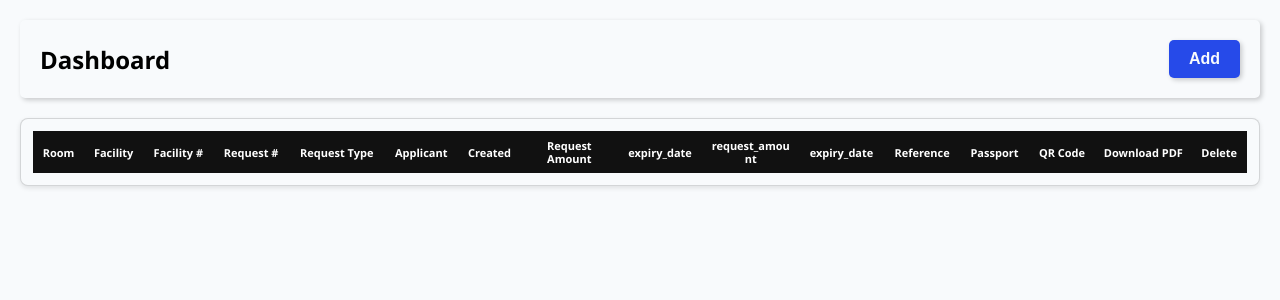
Repository: irfan-shah-sherani/Travel-Tour
Page: public/index.html
An editor plug-in stored every save of this project. The page is shown before and after the next save, followed by the edit.
The browser window is 1280 px wide. The pictures show the whole page.
The page's requests for data from a server got no answer.

Above is the page before, as saved 2025-07-11 04:53:18.

### public/index.html
<!DOCTYPE html>
<html lang="en">

<head>
  <meta charset="UTF-8" />
  <meta name="viewport" content="width=device-width, initial-scale=1.0" />
  <title>Dashboard</title>
  <link rel="stylesheet" href="index.css" />
  <!-- <link
      rel="stylesheet"
      href="/public/Dashboard.css"
      integrity="sha512-..."
      crossorigin="anonymous"
      referrerpolicy="no-referrer"
    /> -->
</head>

<body>
  <main>
    <!-- main content -->
    <div class="main-content">
      <!-- TOP-nav -->
      <nav class="main-nav">
        <div class="page-name">
          <i class="fas fa-bars"></i>
          <p>Dashboard</p>
        </div>
        <div class="button">
          <button id="addPersonBtn">Add</button>
        </div>
      </nav>

      <!-- main content  end -->
      <div class="table-container">
        <table>
          <tr>
            <th>Room</th>
          <th>Facility</th>
          <th>Facility #</th>
          <th>Request #</th>
          <th>Request Type</th>
          <th>Applicant</th>
          <th>Created</th>
          <th>Request Amount</th>
          <th>expiry_date</th>
          <th>request_amount </th>
          <th>expiry_date</th>
          <th>Reference</th>
          <th>Passport</th>
          <th>QR Code</th>
          <th>Download PDF</th>
          <th>Delete</th>
          </tr>
          <tbody id="person-table-body">
            <!-- JS will populate this -->
          </tbody>
        </table>

        <!-- ✅ Place script here -->
        <script>
  fetch("/api/")
    .then((res) => res.json())
    .then((data) => {
      const tbody = document.getElementById("person-table-body");
      tbody.innerHTML = "";
      data.forEach((record) => {
        const tr = document.createElement("tr");
        tr.innerHTML = `
          <td>${record.record_id}</td>
          <td>${record.room_name}</td>
          <td>${record.facility_name}</td>
          <td>${record.facility_number}</td>
          <td>${record.request_number}</td>
          <td>${record.request_type}</td>
          <td>${record.applicant_name}</td>
          <td>${record.creation_date}</td>
          <td>${record.request_amount}</td>
          <td>${record.expiry_date}</td>
          <td>${record.record_number}</td>
          <td>${record.request_status}</td>
          <td>${record.reference_number}</td>
          <td>${record.passport_number}</td>
          <td>${record.qrcode_url ? `<img src="${record.qrcode_url}" class="qr-img" alt="QR Code">` : "No QR"}</td>
          <td>
            <a href="/api/download-pdf?token=${record.qr_token}">
              <button type="button">Download PDF</button>
            </a>
          </td>
          <td>
            <form action="/delete/${record.qr_token}" method="POST" onsubmit="return confirm('Are you sure you want to delete this record?');">
              <button type="submit">Delete</button>
            </form>
          </td>
        `;

                tbody.appendChild(tr);
              });
            });
        </script>
        </table>
      </div>

      <!-- Trigger Button OUTSIDE -->
      <!-- Add Room Form (initially hidden in CSS or JS) -->
      <div class="add-new add-new-person">
        <h2 class="form-title">Add New Person</h2>
        <form class="person-form" action="/" method="POST">
          <div class="inputForm">
            <!-- Left Side -->
            <div class="left-side">
              <div class="form-group">
                <label for="room_number">Room No </label>
                <input type="text" id="room_number" name="room_number" required />
              </div>

              <div class="form-group">
                <label for="facility_name">Facility Name </label>
                <input type="text" id="facility_name" name="facility_name" required />
              </div>

              <div class="form-group">
                <label for="facility_number">Facility number </label>
                <input type="text" id="facility_number" name="facility_number" required />
              </div>

              <div class="form-group">
                <label for="request_number">Request number </label>
                <input type="number" id="request_number" name="request_number" step="0.01" required />
              </div>

              <div class="form-group">
                <label for="request_type">Request Type</label>
                <input type="text" id="request_type" name="request_type" required />
              </div>
            </div>

            <!-- Center Side -->
            <div class="center-side">
              <div class="form-group">
                <label for="applicant">Applicant</label>
                <input type="text" id="applicant" name="applicant" />
              </div>

              <div class="form-group">
                <label for="created">Created</label>
                <input type="text" id="created" name="created" />
              </div>

              <div class="form-group">
                <label for="amount">Amount</label>
                <input type="text" id="amount" name="amount" />
              </div>

              <div class="form-group">
                <label for="expiry">Expiry</label>
                <input type="text" id="expiry" name="expiry" />
              </div>

              <div class="form-group">
                <label for="record_number">Record number</label>
                <input type="text" id="record_number" name="record_number" />
              </div>
            </div>

            <!-- Right Side -->
            <div class="right-side">
              <div class="form-group">
                <label for="status">Status</label>
                <input type="text" id="status" name="status" />
              </div>

              <div class="form-group">
                <label for="reference_number">Reference number</label>
                <input type="text" id="reference_number" name="reference_number" />
              </div>

              <div class="form-group">
                <label for="passport_number">Passport number</label>
                <input type="text" id="passport_number" name="passport_number" />
              </div>

            </div>
          </div>

          <div class="button-group">
            <button type="button" class="cancelbtn">Cancel</button>
            <button type="submit" class="submit-person-btn">Add Person</button>
          </div>
        </form>
      </div>

    </div>
  </main>
  <script src="index.js"></script>
</body>

</html>

### public/index.css
* {
  margin: 0;
  padding: 0;
  box-sizing: border-box;
}
:root {
  --primary-gradient: linear-gradient(135deg, #667eea 0%, #764ba2 100%);
  --card-shadow: 0 4px 6px rgba(0, 0, 0, 0.1);
  --card-hover-shadow: 0 8px 15px rgba(0, 0, 0, 0.2);
}
body {
  font-family: "Segoe UI", Tahoma, Geneva, Verdana, sans-serif;
  background-color: #f8fafc;
}
main {
  display: flex;
  /* display: flex; */
}
/* .sidebar {
  position: fixed;
  display: flex;
  align-items: center;
  flex-direction: column;
  width: 250px;
  height: 100vh;
  padding: 20px;
  background: var(--primary-gradient);
  border-radius: 10px 0px 0px 10px;
  color: #f8fafc;
}
.cross-icon {
  display: none;
  justify-content: right;
  color: #f8fafc;
  font-size: 2rem;
  cursor: pointer;
}
.logo {
  display: flex;
  align-items: center;
  gap: 10px;
  margin-bottom: 10px;
  border-bottom: 1px solid rgba(255, 255, 255, 1);
  padding-bottom: 20px;
}
.logo p {
  font-size: 24px;
  font-weight: 600;
}
.sidebar img {
  display: block;
  width: 50px;
  height: 50px;
  object-fit: cover;
  object-position: center;
  border-radius: 5px;
}
.logo hr {
  width: 100px;
  height: 2px;
  color: rgba(255, 255, 255, 0.1);
}
.links ul li {
  list-style: none;
  margin: 5px;
}
.links ul li a {
  display: flex;
  padding-left: 20px;
  align-items: center;
  width: 200px;
  height: 50px;
  text-decoration: none;
  gap: 10px;
  border-radius: 10px;
  transition: all 0.3s ease;
  color: rgba(255, 255, 255, 0.85);
}
.links ul li a:hover {
  background-color: rgba(255, 255, 255, 0.1);
  transform: translateX(5px);
}
.links ul li a.active {
  background-color: rgba(255, 255, 255, 0.1);
  transform: translateX(5px);
} */
/* main content */
.main-content {
  display: flex;
  /* margin-left: 250px; */
  flex-direction: column;
  background-color: #f8fafc;
  width: 100%;
  padding: 20px;
  gap: 20px;
}
.main-content nav {
  display: flex;
  justify-content: space-between;
  align-items: center;
  border-radius: 5px;
  width: 100%;
  background-color: #f8fafc;
  padding: 20px;
  box-shadow: 2px 2px 5px rgba(0, 0, 0, 0.2);
}
.page-name {
  display: flex;
  align-items: center;
  gap: 10px;
}
.page-name p {
  font-size: 24px;
  font-weight: 600;
}
.page-name i {
  display: none;
  cursor: pointer;
  font-size: 24px;
  font-weight: 600;
}
.button {
  display: flex;
  align-items: center;
  gap: 10px;
}
.button button {
  padding: 10px 20px;
  border-radius: 5px;
  border: none;
  background-color: #264ae9;
  color: #f8fafc;
  font-size: 16px;
  font-weight: 600;
  box-shadow: 2px 2px 5px rgba(0, 0, 0, 0.2);
  cursor: pointer;
  transition: all 0.05s ease-in-out;
}
.button button:hover {
  transform: translateY(2px);
}

/* table */
/* General Table Styling */
.table-container {
  width: 100%;
  overflow-x: auto;
  background-color: #f8fafc;
  border-radius: 8px;
  border: 1px solid rgba(0, 0, 0, 0.15);
  box-shadow: 0 2px 5px rgba(0, 0, 0, 0.1);
  padding: 12px;
  box-sizing: border-box;
}

/* Table Reset */
table {
  width: 100%;
  border-collapse: collapse;
  font-size: 11px;
  table-layout: auto;
}

/* Table Header */
.table-container table th {
  background-color: #111;
  color: #fff;
  font-weight: 600;
  font-size: 11px;
  padding: 8px;
  text-align: center;
  vertical-align: middle;
  white-space: normal;
  line-height: 1.2;
  word-break: break-word;
}

/* Force words like "Request Number" to wrap into 2 lines */
.table-container table th {
  max-width: 90px;
}

/* Table Body */
.table-container table td {
  white-space: nowrap;
  text-align: center;
  vertical-align: middle;
  padding: 8px 6px;
}

/* Row Hover Effect */
.table-container table tr:hover {
  background-color: #e2e8f0;
  transition: background-color 0.2s;
}

/* Button Styling */
.btn {
  padding: 4px 8px;
  font-size: 10px;
  border-radius: 4px;
  border: none;
  cursor: pointer;
  transition: 0.2s;
}

/* Delete Button */
.delete-form {
  border: 1px solid #ef4444;
  color: #ef4444;
  background: transparent;
}
.delete-form:hover {
  background-color: #fee2e2;
}

/* Download Button (optional styling) */
.download-btn {
  background-color: #2563eb;
  color: white;
  border: none;
}
.download-btn:hover {
  background-color: #1d4ed8;
}

.add-new {
  display: none;
  width: 80%;
  max-height: 90vh; /* limit height */
  overflow-y: auto;  /* enable scroll if content too tall */
  position: absolute;
  top: 50%;
  left: 50%;
  transform: translate(-50%, -50%);
  background-color: white;
  padding: 20px;
  border-radius: 8px;
  box-shadow: 0 0 10px rgba(0, 0, 0, 0.5);
  font-family: Arial, sans-serif;
  z-index: 10;
}

.form-title {
  font-size: 24px;
  font-weight: 600;
  margin-bottom: 10px;
}

/* Reduce spacing */
.person-form {
  display: flex;
  flex-direction: column;
  gap: 10px;
}

.inputForm {
  display: flex;
  justify-content: space-between;
  gap: 20px;
}

/* Equal columns */
.left-side,
.center-side,
.right-side {
  flex: 1;
}
label {
  font-size: 14px;
  font-weight: 500;
  margin-bottom: 5px;
}
/* Compact input spacing */
.form-group {
  display: flex;
  flex-direction: column;
  margin-bottom: 10px;
}

input,
textarea,
select {
  padding: 5px;
  font-size: 16px;
}

/* Buttons */
.button-group {
  display: flex;
  justify-content: flex-end;
  gap: 10px;
  margin-top: 0px;
}

button {
  padding: 8px;
  font-size: 13px;
  border: none;
  border-radius: 5px;
  cursor: pointer;
}

.cancel-person-btn {
  background-color: #6c757d;
  color: white;
}

.submit-person-btn {
  background-color: #007bff;
  color: white;
}

/* Responsive */
@media (max-width: 768px) {
  .inputForm {
    flex-direction: column;
  }

  .left-side,
  .center-side,
  .right-side {
    width: 100%;
  }
}
.qr-img {
  width: 30px;
  height: 30px;
  object-fit: contain;
  display: block;
}

### public/index.js
const addPersonBtn = document.getElementById("addPersonBtn");
const addNewPerson = document.querySelector(".add-new");
const cancelPersonBtn = document.querySelector(".cancelbtn");
const submitPersonBtn = document.querySelector(".submit-person-btn");

addPersonBtn?.addEventListener("click", () => {
  addNewPerson.style.display = "block";
});

cancelPersonBtn?.addEventListener("click", () => {
  addNewPerson.style.display = "none";
});

submitPersonBtn?.addEventListener("click", () => {
  addNewPerson.style.display = "none";
});

After the next save:
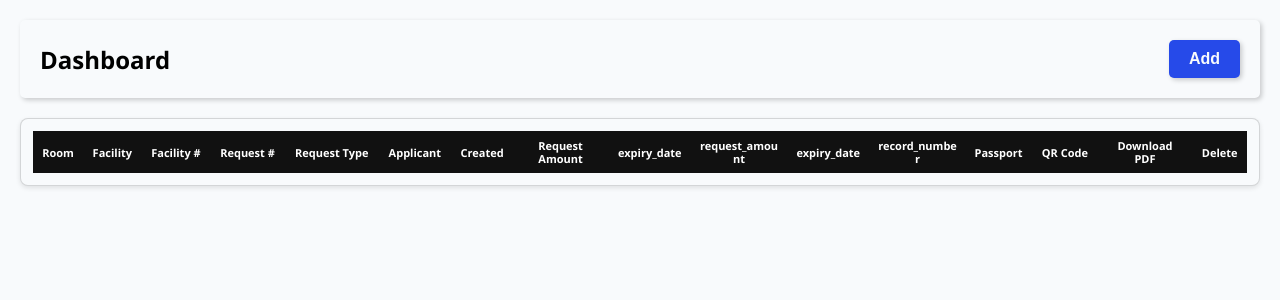
Saved 26 s later.
--- a/public/index.html
+++ b/public/index.html
@@ -45,7 +45,7 @@
           <th>expiry_date</th>
           <th>request_amount </th>
           <th>expiry_date</th>
-          <th>Reference</th>
+          <th>record_number</th>
           <th>Passport</th>
           <th>QR Code</th>
           <th>Download PDF</th>
